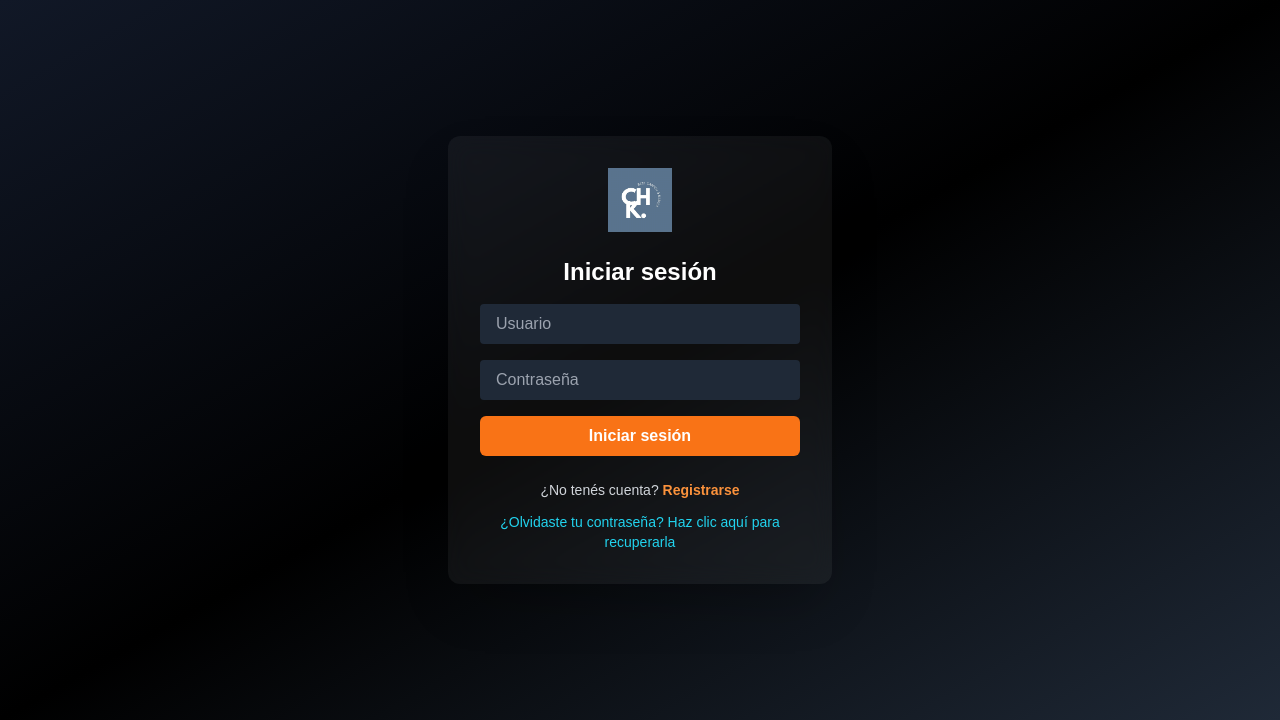
Repository: francoluca35/comandas
Page: /
An editor plug-in stored every save of this project. The page is shown before and after the next save, followed by the edit.
The browser window is 1280 px wide. The pictures show the whole page.
The project was rebuilt for these pictures with package versions that can differ from the ones it lists, and the page was loaded fresh each time. The framework's server and built-in components were replaced by stand-ins that run in the browser. Also part of the build but not shown: next.config.mjs, app/register/page.jsx.

Above is the page before, as saved 2025-05-17 20:19:21.

### app/layout.js
import "./globals.css";
import { AuthProvider } from "@/context/AuthContext";

export const metadata = {
  title: "Comandas",
  description: "Sistema de pedidos",
};

export default function RootLayout({ children }) {
  return (
    <html lang="es">
      <body>
        <AuthProvider>{children}</AuthProvider>
      </body>
    </html>
  );
}

### app/page.js
import Login from "./login/page";
import RegisterPage from "./register/page";

export default function Home() {
  return (
    <main>
      <Login />
    </main>
  );
}

### app/globals.css
@tailwind base;
@tailwind components;
@tailwind utilities;

:root {
  --background: #ffffff;
  --foreground: #171717;
}

@media (prefers-color-scheme: dark) {
  :root {
    --background: #0a0a0a;
    --foreground: #ededed;
  }
}
@layer utilities {
  .animate-fade-in {
    animation: fadeIn 0.2s ease-in-out;
  }

  @keyframes fadeIn {
    from { opacity: 0; transform: translateY(-4px); }
    to { opacity: 1; transform: translateY(0); }
  }
}



html,
body {
  max-width: 100vw;
  overflow-x: hidden;
}

body {
  color: var(--foreground);
  background: var(--background);
  font-family: Arial, Helvetica, sans-serif;
  -webkit-font-smoothing: antialiased;
  -moz-osx-font-smoothing: grayscale;
}

* {
  box-sizing: border-box;
  padding: 0;
  margin: 0;
}

a {
  color: inherit;
  text-decoration: none;
}

@media (prefers-color-scheme: dark) {
  html {
    color-scheme: dark;
  }
}

### context/AuthContext.js
"use client";
import { createContext, useContext, useEffect, useState } from "react";
import { useRouter } from "next/navigation";

const AuthContext = createContext();

export const AuthProvider = ({ children }) => {
  const router = useRouter();
  const [user, setUser] = useState(null);
  const [loading, setLoading] = useState(true);

  useEffect(() => {
    const storedUser = localStorage.getItem("user");
    if (storedUser && storedUser !== "undefined") {
      setUser(JSON.parse(storedUser));
    }
    setLoading(false);
  }, []);

  const login = (userData) => {
    setUser(userData);
    localStorage.setItem("user", JSON.stringify(userData));
  };

  const logout = () => {
    setUser(null);
    localStorage.removeItem("user");
    router.push("/login");
  };

  return (
    <AuthContext.Provider value={{ user, login, logout, loading }}>
      {children}
    </AuthContext.Provider>
  );
};

export const useAuth = () => useContext(AuthContext);

### app/login/page.jsx
"use client";

import { useState } from "react";
import { useRouter } from "next/navigation";
import { useAuth } from "@/context/AuthContext";
import Image from "next/image";

export default function Login() {
  const router = useRouter();
  const [form, setForm] = useState({ username: "", password: "" });
  const [error, setError] = useState("");
  const { login } = useAuth();

  const handleChange = (e) => {
    setForm({ ...form, [e.target.name]: e.target.value });
  };

  const handleSubmit = async (e) => {
    e.preventDefault();
    setError("");

    const res = await fetch("/api/auth/login", {
      method: "POST",
      headers: { "Content-Type": "application/json" },
      body: JSON.stringify(form),
    });

    const data = await res.json();
    if (!res.ok) {
      setError(data.error || "Error al iniciar sesión");
      return;
    }

    // Guardamos el usuario en el contexto
    login(data.user);

    // Redirigimos según el rol
    const rol = data.user?.rol;

    if (rol === "admin") {
      router.push("/screenhome");
    } else if (rol === "delivery") {
      router.push("/homedelivery");
    } else {
      setError("Rol no autorizado");
    }
  };

  return (
    <div className="min-h-screen flex items-center justify-center bg-gradient-to-br from-gray-900 via-black to-gray-800">
      <div className="w-full max-w-sm bg-white/5 backdrop-blur-md p-8 rounded-xl shadow-2xl">
        <div className="transition-all duration-500 hover:scale-[1.01]">
          {/* LOGO */}
          <div className="flex justify-center mb-6">
            <Image
              src="/Assets/LoginRegister/logo.jpg"
              alt="Logo"
              width={64}
              height={64}
            />
          </div>

          <h2 className="text-white text-2xl font-semibold text-center mb-4">
            Iniciar sesión
          </h2>

          <form onSubmit={handleSubmit} className="space-y-4">
            <input
              type="text"
              name="username"
              placeholder="Usuario"
              onChange={handleChange}
              className="w-full px-4 py-2 rounded bg-gray-800 text-white placeholder-gray-400 focus:outline-none focus:ring-2 focus:ring-orange-500 transition-all duration-300"
              required
            />

            <input
              type="password"
              name="password"
              placeholder="Contraseña"
              onChange={handleChange}
              className="w-full px-4 py-2 rounded bg-gray-800 text-white placeholder-gray-400 focus:outline-none focus:ring-2 focus:ring-orange-500 transition-all duration-300"
              required
            />

            {error && (
              <p className="text-red-400 text-sm text-center animate-pulse">
                {error}
              </p>
            )}

            <button
              type="submit"
              className="w-full bg-orange-500 text-white py-2 rounded-md font-semibold hover:bg-orange-600 transition-all duration-300"
            >
              Iniciar sesión
            </button>
          </form>

          <p className="text-gray-300 text-center text-sm mt-6">
            ¿No tenés cuenta?{" "}
            <a
              href="/register"
              className="text-orange-400 font-semibold hover:underline"
            >
              Registrarse
            </a>
          </p>

          <p className="text-center text-sm mt-3">
            <a
              href="/recuperar"
              className="text-cyan-400 hover:underline hover:text-cyan-300 transition"
            >
              ¿Olvidaste tu contraseña? Haz clic aquí para recuperarla
            </a>
          </p>
        </div>
      </div>
    </div>
  );
}

Loaded but not shown: tailwind.config.js (common file)

After the next save:
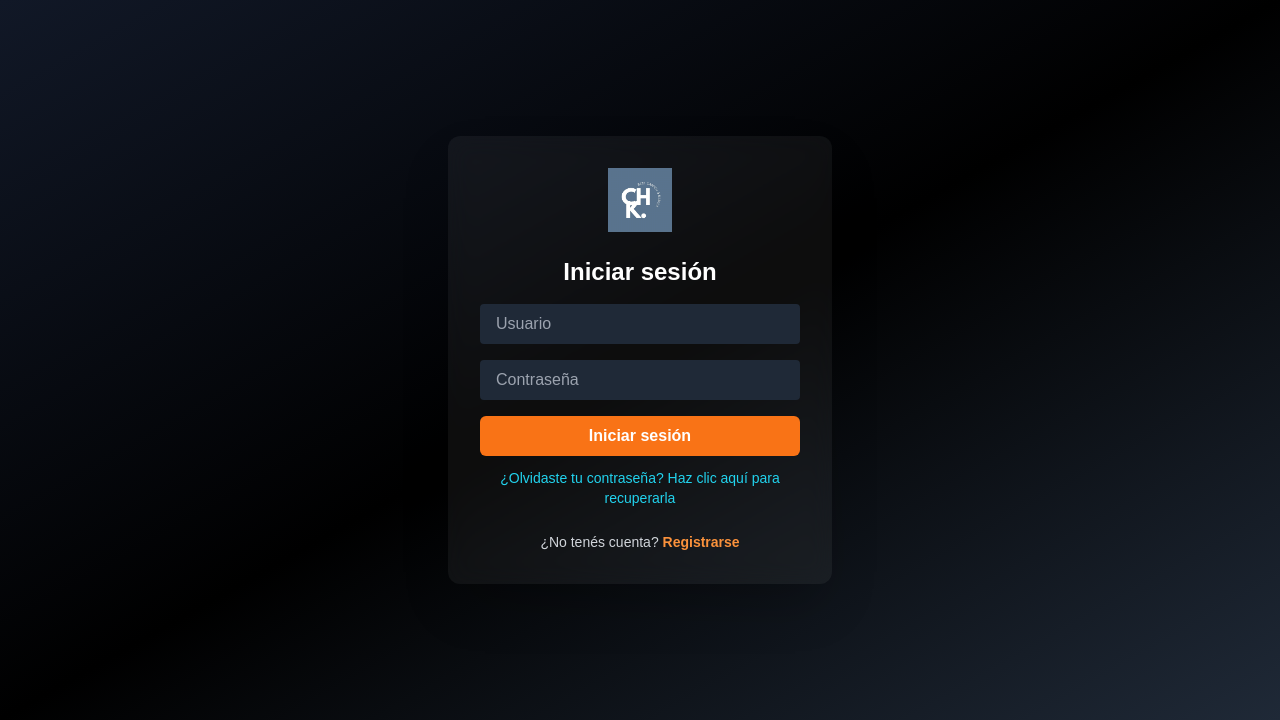
Saved 2 min 13 s later.
--- a/app/login/page.jsx
+++ b/app/login/page.jsx
@@ -97,6 +97,14 @@ export default function Login() {
             </button>
           </form>
 
+          <p className="text-center text-sm mt-3">
+            <a
+              href="/recuperar"
+              className="text-cyan-400 hover:underline hover:text-cyan-300 transition"
+            >
+              ¿Olvidaste tu contraseña? Haz clic aquí para recuperarla
+            </a>
+          </p>
           <p className="text-gray-300 text-center text-sm mt-6">
             ¿No tenés cuenta?{" "}
             <a
@@ -106,15 +114,6 @@ export default function Login() {
               Registrarse
             </a>
           </p>
-
-          <p className="text-center text-sm mt-3">
-            <a
-              href="/recuperar"
-              className="text-cyan-400 hover:underline hover:text-cyan-300 transition"
-            >
-              ¿Olvidaste tu contraseña? Haz clic aquí para recuperarla
-            </a>
-          </p>
         </div>
       </div>
     </div>
